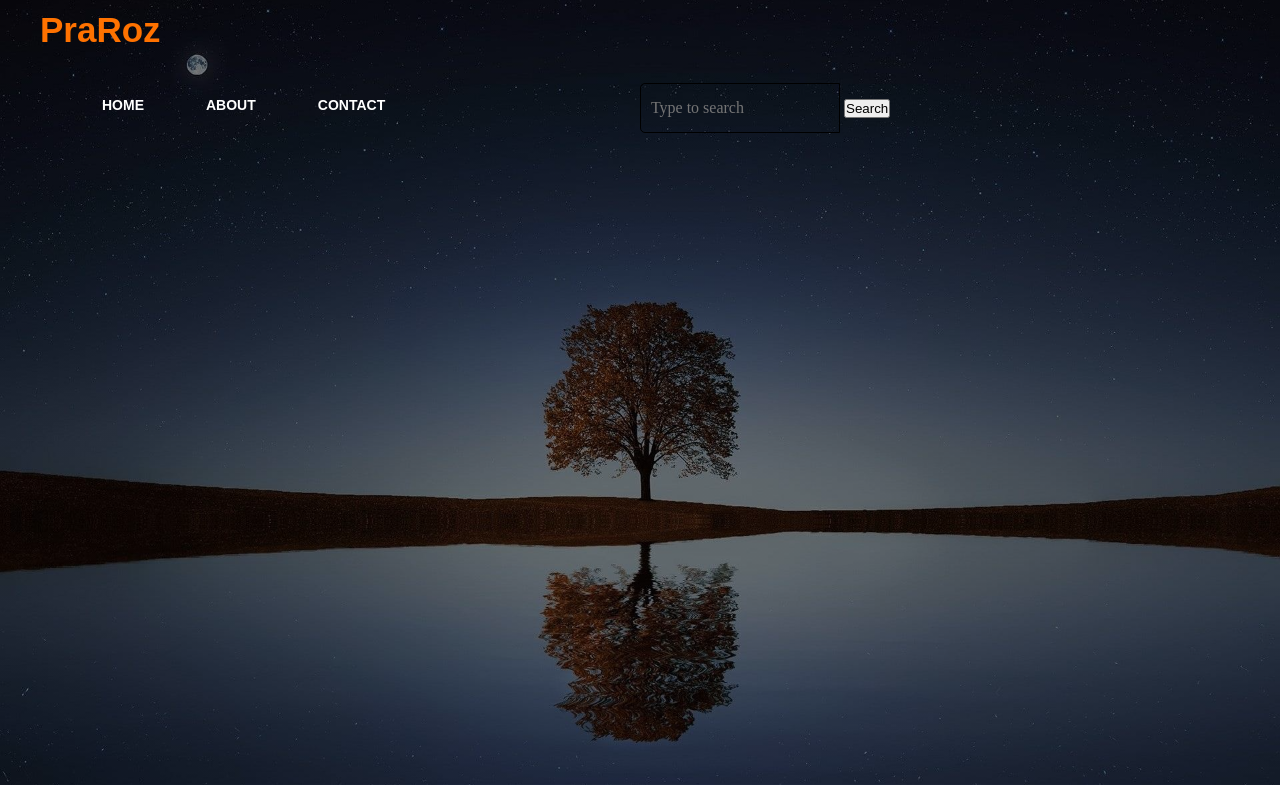
Repository: Cedrqmwesigwa/web-design-course
Page: index.html
These files come from the project's save history. The page is drawn as it stood at one moment and after a run of saves; the edit follows.
The browser window is 1280 px wide. The pictures show the whole page.

Above is the page before, as saved 2024-04-03 20:02:06.

### index.html
<!DOCTYPE html>
<html lang="en">
<head>
    <title>My Website</title>
    <link rel="stylesheet" href="style.css"/>
</head>
<body>
    <div class="main">
        <div class="navbar">
            <div class="icon">
                <h2 class="logo">PraRoz</h2>
            </div>
            <div class="menu">
                <ul>
                    <li><a href="#">HOME</a></li>
                    <li><a href="#">ABOUT</a></li>
                    <li><a href="#">CONTACT</a></li>
                </ul>
            </div>
            <div class="search">
                <input type="search" class="srch" name="" placeholder="Type to search">
                <a href="#"><button class="btn">Search</button></a>
            </i></div>
        </div>
    </div>


</body>
</html>

### style.css
*{
    margin: 0;
    padding: 0;
}

.main{
    width: 100% ;
    background: linear-gradient(to top, rgba(0,0,0,0.5)50%, rgba(0, 0, 0, 0.5)50%), url(1.jpg);
    background-position: center;
    background-size: cover;
    height: 109vh;
}

.navbar{
    width: 1200px;
    height: 75px;
    margin:  auto;
}

.icon{
    width: 200px;
    font: left;
    height: 70px;
}

.logo {
    color: #ff7200;
    font-size: 35px;
    font-family: Arial;
    float: left;
    padding-top: 10px;
}

.menu{
    width: 400px;
    float: left;
    height: 70px;
}

ul{
    float: left;
    display: flex;
    justify-content: center;
    align-items: center;
}

ul li{
    list-style: none;
    margin-left: 62px;
    margin-top: 27px;
    font-size: 14px;
}

ul li a{
    text-decoration: none;
    color: white;
    font-family: Arial;
    font-weight: bold;
    transition: .4 ease-in-out;
}

ul li a:hover{
    color:#ff7200
}

.search{
    width: 330px;
    float: left;
    margin-left: 200px;
}

.srch{
    font-family: "Times New Roman";
    width: 200px;
    height: 50px;
    padding: 3%;
    background: transparent;
    border-top: 5px;
    border-bottom-left-radius: 5px;
    border-top-left-radius: 5px;
    font-size: 16px;
    color: white;
    margin-top:13px;
    border: 1px solid  #000;
}

.btn

After the next 10 saves:
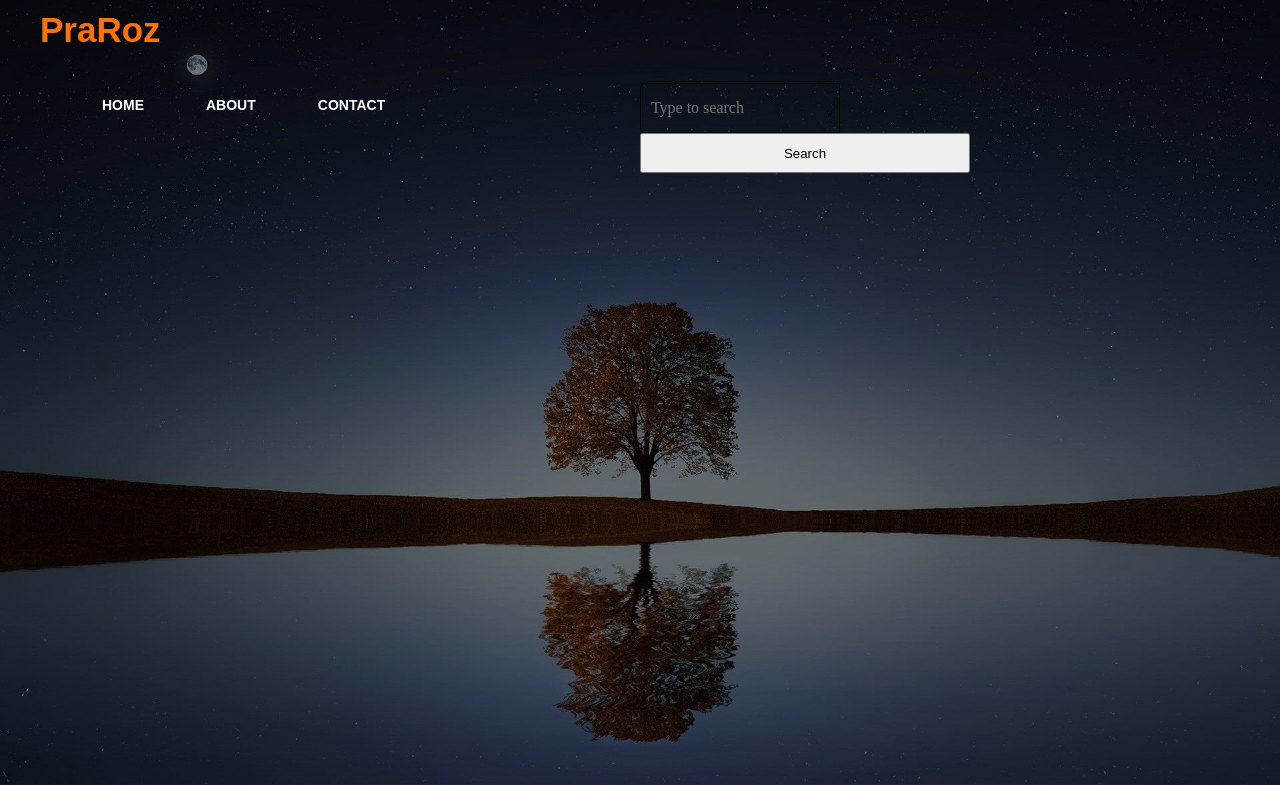
The 10 saves are shown as one change because they came seconds apart.
The last was saved 26 s later.
--- a/style.css
+++ b/style.css
@@ -84,4 +84,7 @@ ul li a:hover{
     border: 1px solid  #000;
 }
 
-.btn
+.btn{
+    width:100%;
+    height: 40px;
+}
